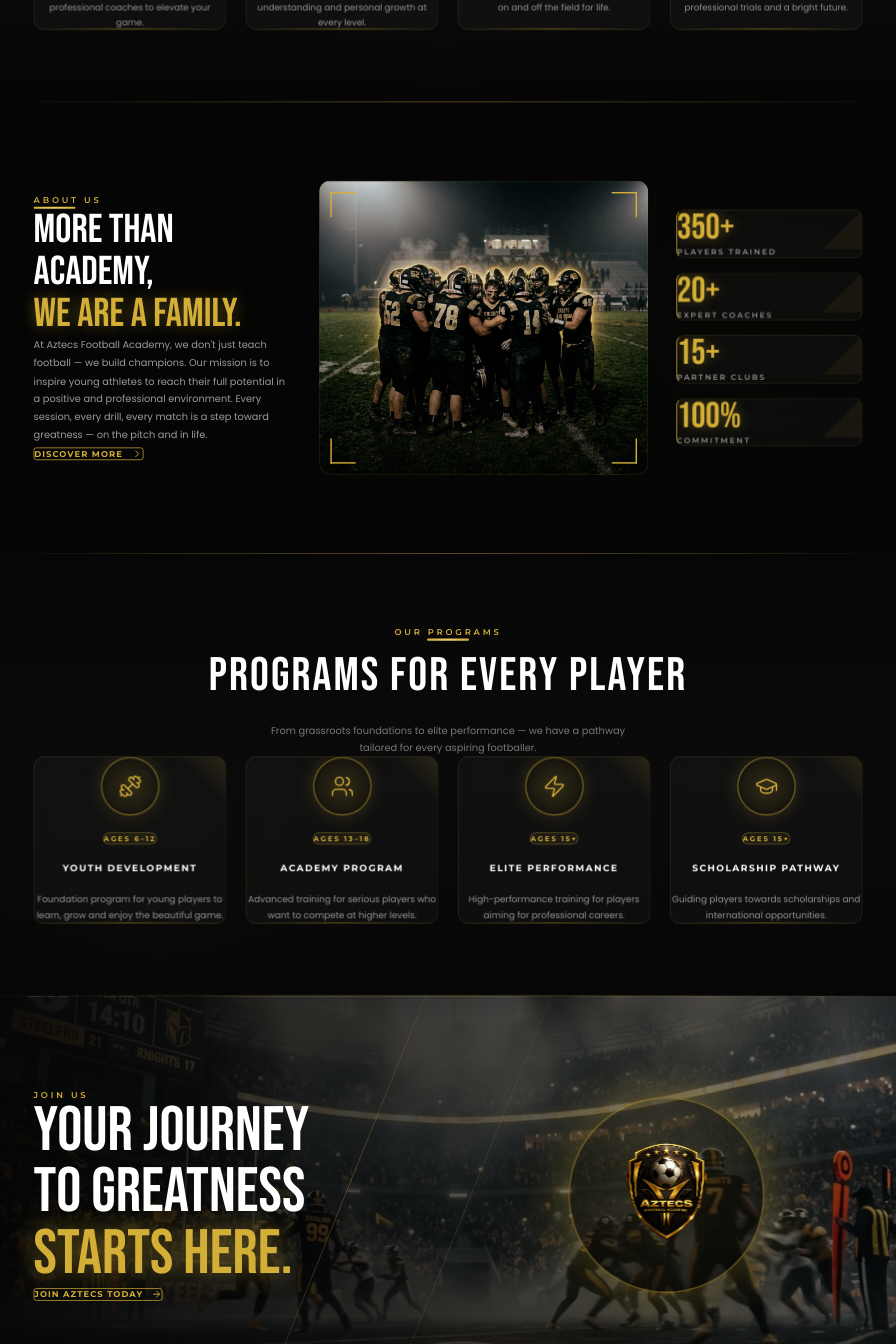
Repository: rahilkk2/aztecs-football
Page: /
An editor plug-in stored every save of this project. The page is shown before and after the next save, followed by the edit.
The browser window is 1280 px wide. The pictures show the part of the page from y = 1075 to 2995 px (the page is 3725 px tall before and 3706 px after), at 70% of full size.
The project was rebuilt for these pictures with package versions that can differ from the ones it lists, and the page was loaded fresh each time. Also part of the build but not shown: vite.config.js.

Above is the page before, as saved 2026-05-20 00:30:14.

### index.html
<!doctype html>
<html lang="en">
  <head>
    <meta charset="UTF-8" />
    <link rel="icon" type="image/png" href="/logo.png" />
    <meta name="viewport" content="width=device-width, initial-scale=1.0" />
    <link rel="preconnect" href="https://fonts.googleapis.com" />
    <link rel="preconnect" href="https://fonts.gstatic.com" crossorigin />
    <link href="https://fonts.googleapis.com/css2?family=Bebas+Neue&family=Montserrat:ital,wght@0,300;0,400;0,500;0,600;0,700;0,800;0,900;1,400&family=Poppins:wght@300;400;500;600;700;800&display=swap" rel="stylesheet" />
    <meta name="description" content="Aztecs Football Academy — Building champions on and off the pitch. Elite training, player development, and a clear pathway to success for young football players." />
    <meta name="keywords" content="football academy, Aztecs, elite training, youth football, soccer academy, player development, scholarship pathway" />
    <meta property="og:title" content="Aztecs Football Academy — Building Champions" />
    <meta property="og:description" content="Elite football training with discipline, values and a pathway to success. Join Aztecs Football Academy today." />
    <meta property="og:type" content="website" />
    <meta name="theme-color" content="#d4af37" />
    <title>Aztecs Football Academy — Building Champions On & Off The Pitch</title>
  </head>
  <body>
    <div id="root"></div>
    <script type="module" src="/src/main.jsx"></script>
  </body>
</html>

### src/App.jsx
import Navbar from './components/Navbar';
import Hero from './components/Hero';
import Features from './components/Features';
import About from './components/About';
import Programs from './components/Programs';
import CallToAction from './components/CallToAction';
import Footer from './components/Footer';

// Reusable gold gradient divider between sections
const GoldDivider = () => (
  <div className="section-gold-divider" />
);

function App() {
  return (
    <div style={{ background: '#050505', minHeight: '100vh' }}>
      <Navbar />
      <Hero />
      <GoldDivider />
      <Features />
      <GoldDivider />
      <About />
      <GoldDivider />
      <Programs />
      <GoldDivider />
      <CallToAction />
      <Footer />
    </div>
  );
}

export default App;

### src/components/Navbar.jsx
import { useState, useEffect } from 'react';
import { Menu, X } from 'lucide-react';

const navLinks = ['Home', 'About', 'Programs', 'Academy', 'Gallery', 'Contact'];

export default function Navbar() {
  const [scrolled, setScrolled] = useState(false);
  const [menuOpen, setMenuOpen] = useState(false);

  useEffect(() => {
    const onScroll = () => setScrolled(window.scrollY > 60);
    window.addEventListener('scroll', onScroll);
    return () => window.removeEventListener('scroll', onScroll);
  }, []);

  const handleNavClick = (link) => {
    setMenuOpen(false);
    const target = document.getElementById(link.toLowerCase());
    if (target) target.scrollIntoView({ behavior: 'smooth' });
    else window.scrollTo({ top: 0, behavior: 'smooth' });
  };

  return (
    <nav
      className={`fixed top-0 left-0 right-0 z-50 transition-all duration-500 ${
        scrolled
          ? 'bg-black/96 backdrop-blur-lg border-b border-yellow-600/20 py-3 shadow-2xl'
          : 'bg-transparent backdrop-blur-sm py-5'
      }`}
    >
      <div className="page-container flex items-center justify-between">

        {/* ── Logo ── */}
        <div
          className="flex items-center gap-2 sm:gap-3 cursor-pointer shrink-0"
          onClick={() => window.scrollTo({ top: 0, behavior: 'smooth' })}
        >
          {/* Logo image – object-contain so the full shield shows */}
          <div
            className="w-9 sm:w-11 h-9 sm:h-11 rounded-full overflow-hidden border-2 border-yellow-500/60 flex items-center justify-center shrink-0"
            style={{ boxShadow: '0 0 14px rgba(212,175,55,0.3)', background: '#0a0a0a' }}
          >
            <img
              src="/logo.png"
              alt="Aztecs Logo"
              className="w-full h-full object-contain"
            />
          </div>
          <div className="leading-none hidden sm:block">
            <div
              className="text-white text-lg sm:text-xl tracking-[2px] sm:tracking-[3px] font-black"
              style={{ fontFamily: "'Bebas Neue', cursive" }}
            >
              AZTECS
            </div>
            <div className="text-yellow-500 text-[8px] sm:text-[9px] font-bold tracking-[2px] sm:tracking-[3px] uppercase mt-0.5">
              Football Academy
            </div>
          </div>
        </div>

        {/* ── Desktop Nav Links ── */}
        <ul className="hidden lg:flex items-center gap-9">
          {navLinks.map((link) => (
            <li key={link}>
              <button
                onClick={() => handleNavClick(link)}
                className="text-white/75 hover:text-yellow-400 text-[11px] font-semibold tracking-[2.5px] uppercase transition-all duration-300 relative group"
              >
                {link}
                <span className="absolute -bottom-1 left-0 w-0 h-[1.5px] bg-yellow-500 transition-all duration-300 group-hover:w-full" />
              </button>
            </li>
          ))}
        </ul>

        {/* ── CTA + Hamburger ── */}
        <div className="flex items-center gap-3 sm:gap-4 shrink-0">
          <button
            onClick={() => handleNavClick('Contact')}
            className="btn-gold hidden sm:block px-4 sm:px-6 py-2 sm:py-2.5 text-[9px] sm:text-[11px] rounded-sm tracking-widest"
          >
            JOIN NOW
          </button>
          <button
            className="lg:hidden text-white hover:text-yellow-400 transition-colors p-2"
            onClick={() => setMenuOpen(!menuOpen)}
            aria-label="Toggle menu"
          >
            {menuOpen ? <X size={24} /> : <Menu size={24} />}
          </button>
        </div>
      </div>

      {/* ── Mobile Menu ── */}
      <div
        className={`lg:hidden transition-all duration-500 overflow-hidden ${
          menuOpen ? 'max-h-[500px] opacity-100' : 'max-h-0 opacity-0'
        }`}
      >
        <div className="bg-black/98 border-t border-yellow-600/20 px-4 sm:px-6 py-5 flex flex-col gap-4">
          {navLinks.map((link) => (
            <button
              key={link}
              onClick={() => handleNavClick(link)}
              className="text-white/70 hover:text-yellow-400 text-sm font-semibold tracking-[2px] uppercase text-left transition-colors py-2 border-b border-white/5 pb-3"
            >
              {link}
            </button>
          ))}
          <button
            onClick={() => handleNavClick('Contact')}
            className="btn-gold px-4 py-3 text-xs rounded-sm mt-2 w-full sm:w-fit tracking-widest"
          >
            JOIN NOW
          </button>
        </div>
      </div>
    </nav>
  );
}

### src/components/Features.jsx
import { useRef } from 'react';
import { motion, useInView } from 'framer-motion';
import { Trophy, User, Shield, Star } from 'lucide-react';

const features = [
  {
    icon: Trophy,
    title: 'Elite Training',
    desc: 'World-class training programs designed by professional coaches to elevate your game.',
  },
  {
    icon: User,
    title: 'Player Development',
    desc: 'We focus on technical skills, tactical understanding and personal growth at every level.',
  },
  {
    icon: Shield,
    title: 'Discipline & Values',
    desc: 'Building character, leadership and respect on and off the field for life.',
  },
  {
    icon: Star,
    title: 'Pathway to Success',
    desc: 'Preparing players for scholarships, professional trials and a bright future.',
  },
];

export default function Features() {
  const ref = useRef(null);
  const isInView = useInView(ref, { once: true, margin: '-80px' });

  return (
    <section
      ref={ref}
      id="features"
      className="relative overflow-hidden"
      style={{
        background: 'linear-gradient(to bottom, #050505, #0c0c0c, #050505)',
        paddingTop: 'clamp(3rem, 8vw, 6rem)',
        paddingBottom: 'clamp(3rem, 8vw, 7rem)',
      }}
    >
      {/* Gold accent lines */}
      <div
        className="absolute top-0 left-0 right-0 h-px"
        style={{ background: 'linear-gradient(to right, transparent, rgba(212,175,55,0.6), transparent)' }}
      />
      <div
        className="absolute bottom-0 left-0 right-0 h-px"
        style={{ background: 'linear-gradient(to right, transparent, rgba(212,175,55,0.4), transparent)' }}
      />

      {/* Spotlight */}
      <div className="absolute inset-0 pointer-events-none">
        <div
          className="spotlight absolute"
          style={{ width: '600px', height: '600px', top: '50%', left: '50%', transform: 'translate(-50%,-50%)', opacity: 0.07 }}
        />
      </div>

      <div className="page-container">
        {/* Section header */}
        <motion.div
          className="text-center mb-10 sm:mb-14 md:mb-16"
          initial={{ opacity: 0, y: 30 }}
          animate={isInView ? { opacity: 1, y: 0 } : {}}
          transition={{ duration: 0.7 }}
        >
          <div className="section-label mb-3 sm:mb-4">Why Choose Us</div>
          <div className="flex justify-center mb-4 sm:mb-5">
            <div className="gold-divider" />
          </div>
          <h2
            style={{
              fontFamily: "'Bebas Neue', cursive",
              fontSize: 'clamp(1.8rem, 6vw, 3.5rem)',
              letterSpacing: '3px',
              color: '#ffffff',
            }}
          >
            WHAT MAKES US DIFFERENT
          </h2>
        </motion.div>

        {/* Cards */}
        <div className="grid grid-cols-1 sm:grid-cols-2 lg:grid-cols-4 gap-4 sm:gap-5 lg:gap-7">
          {features.map(({ icon: Icon, title, desc }, i) => (
            <motion.div
              key={title}
              className="premium-card glass-card rounded-2xl p-6 sm:p-7 md:p-9 text-center flex flex-col items-center gap-4 sm:gap-5 relative overflow-hidden"
              initial={{ opacity: 0, y: 50 }}
              animate={isInView ? { opacity: 1, y: 0 } : {}}
              transition={{ duration: 0.7, delay: i * 0.12, ease: 'easeOut' }}
            >
              {/* Corner accent */}
              <div
                className="absolute top-0 right-0 w-20 h-20 opacity-10"
                style={{ background: 'linear-gradient(225deg, #d4af37, transparent 60%)' }}
              />

              {/* Icon */}
              <div
                className="w-18 h-18 rounded-full flex items-center justify-center"
                style={{
                  width: '72px',
                  height: '72px',
                  background: 'radial-gradient(circle, rgba(212,175,55,0.16), rgba(212,175,55,0.03))',
                  border: '1.5px solid rgba(212,175,55,0.42)',
                  boxShadow: '0 0 22px rgba(212,175,55,0.14)',
                }}
              >
                <Icon size={30} style={{ color: '#d4af37' }} strokeWidth={1.4} />
              </div>

              <h3
                className="font-bold text-white uppercase"
                style={{ letterSpacing: '2px', fontSize: '0.8rem' }}
              >
                {title}
              </h3>
              <p
                className="text-white/55 leading-relaxed"
                style={{ fontFamily: "'Poppins', sans-serif", fontSize: '0.78rem', lineHeight: '1.7' }}
              >
                {desc}
              </p>

              {/* Bottom gold accent bar */}
              <div
                className="absolute bottom-0 left-0 right-0 h-[2px]"
                style={{ background: 'linear-gradient(to right, transparent, rgba(212,175,55,0.35), transparent)' }}
              />
            </motion.div>
          ))}
        </div>
      </div>
    </section>
  );
}

### src/components/About.jsx
import { useRef, useEffect, useState } from 'react';
import { motion, useInView } from 'framer-motion';
import { ChevronRight } from 'lucide-react';

const stats = [
  { value: 350, suffix: '+', label: 'Players Trained' },
  { value: 20,  suffix: '+', label: 'Expert Coaches'  },
  { value: 15,  suffix: '+', label: 'Partner Clubs'   },
  { value: 100, suffix: '%', label: 'Commitment'      },
];

function CountUp({ target, suffix, started }) {
  const [count, setCount] = useState(0);

  useEffect(() => {
    if (!started) return;
    let current = 0;
    const totalFrames = Math.round(2000 / 16);
    const increment = Math.ceil(target / totalFrames);
    const timer = setInterval(() => {
      current = Math.min(current + increment, target);
      setCount(current);
      if (current >= target) clearInterval(timer);
    }, 16);
    return () => clearInterval(timer);
  }, [started, target]);

  return <span>{count}{suffix}</span>;
}

export default function About() {
  const ref    = useRef(null);
  const imgRef = useRef(null);
  const isInView    = useInView(ref,    { once: true, margin: '-100px' });
  const isImgInView = useInView(imgRef, { once: true, margin: '-80px'  });

  return (
    <section
      id="about"
      ref={ref}
      className="relative overflow-hidden"
      style={{ background: '#050505', paddingTop: '7rem', paddingBottom: '7rem' }}
    >
      {/* BG spotlight */}
      <div className="absolute inset-0 pointer-events-none">
        <div
          className="spotlight absolute"
          style={{ width: '800px', height: '800px', top: '-100px', right: '-150px', opacity: 0.06 }}
        />
      </div>

      <div className="page-container">
        <div className="grid grid-cols-1 lg:grid-cols-12 gap-8 sm:gap-10 md:gap-14 lg:gap-10 items-center">

          {/* ── LEFT — Text ── */}
          <motion.div
            className="lg:col-span-4"
            initial={{ opacity: 0, x: -55 }}
            animate={isInView ? { opacity: 1, x: 0 } : {}}
            transition={{ duration: 0.9, ease: 'easeOut' }}
          >
            <div className="section-label mb-2 sm:mb-3">About Us</div>
            <div className="gold-divider mb-5 sm:mb-7" />

            <h2
              className="leading-tight mb-6 sm:mb-7"
              style={{
                fontFamily: "'Bebas Neue', cursive",
                fontSize: 'clamp(1.8rem, 5vw, 3.6rem)',
                lineHeight: 1.05,
                color: '#fff',
              }}
            >
              MORE THAN ACADEMY,{' '}
              <span
                className="block"
                style={{ color: '#d4af37', textShadow: '0 0 22px rgba(212,175,55,0.4)' }}
              >
                WE ARE A FAMILY.
              </span>
            </h2>

            <p
              className="text-white/60 mb-7 sm:mb-10 leading-loose"
              style={{
                fontFamily: "'Poppins', sans-serif",
                fontSize: 'clamp(0.8rem, 2vw, 0.875rem)',
                lineHeight: '1.85',
                maxWidth: '380px',
              }}
            >
              At Aztecs Football Academy, we don't just teach football — we build champions.
              Our mission is to inspire young athletes to reach their full potential in a positive
              and professional environment. Every session, every drill, every match is a step
              toward greatness — on the pitch and in life.
            </p>

            <motion.button
              className="btn-gold inline-flex items-center gap-3 px-9 py-4 text-xs rounded-sm group"
              whileHover={{ scale: 1.02 }}
              whileTap={{ scale: 0.98 }}
              onClick={() => document.getElementById('programs')?.scrollIntoView({ behavior: 'smooth' })}
            >
              DISCOVER MORE
              <ChevronRight
                size={16}
                className="transition-transform duration-300 group-hover:translate-x-1.5"
              />
            </motion.button>
          </motion.div>

          {/* ── CENTER — Team Photo ── */}
          <motion.div
            ref={imgRef}
            className="lg:col-span-5 relative img-zoom-wrap rounded-2xl overflow-hidden"
            initial={{ opacity: 0, scale: 0.92 }}
            animate={isImgInView ? { opacity: 1, scale: 1 } : {}}
            transition={{ duration: 1, ease: 'easeOut' }}
          >
            {/* Overlay */}
            <div
              className="absolute inset-0 z-10 rounded-2xl"
              style={{
                background: 'linear-gradient(to top, rgba(5,5,5,0.55), transparent 55%)',
                border: '1px solid rgba(212,175,55,0.18)',
                boxShadow: '0 0 50px rgba(212,175,55,0.07), 0 25px 70px rgba(0,0,0,0.65)',
              }}
            />
            <img
              src="/team_huddle.png"
              alt="Aztecs Football Team"
              className="w-full object-cover"
              style={{
                height: '420px',
                filter: 'contrast(1.08) brightness(0.88) saturate(0.8)',
              }}
            />
            {/* Gold corner brackets */}
            <div className="absolute top-4 left-4 w-9 h-9 border-t-2 border-l-2 z-20" style={{ borderColor: '#d4af37' }} />
            <div className="absolute top-4 right-4 w-9 h-9 border-t-2 border-r-2 z-20" style={{ borderColor: '#d4af37' }} />
            <div className="absolute bottom-4 left-4 w-9 h-9 border-b-2 border-l-2 z-20" style={{ borderColor: '#d4af37' }} />
            <div className="absolute bottom-4 right-4 w-9 h-9 border-b-2 border-r-2 z-20" style={{ borderColor: '#d4af37' }} />
          </motion.div>

          {/* ── RIGHT — Stats ── */}
          <motion.div
            className="lg:col-span-3 flex flex-col gap-5"
            initial={{ opacity: 0, x: 55 }}
            animate={isInView ? { opacity: 1, x: 0 } : {}}
            transition={{ duration: 0.9, ease: 'easeOut', delay: 0.18 }}
          >
            {stats.map(({ value, suffix, label }, i) => (
              <motion.div
                key={label}
                className="glass-card rounded-xl px-7 py-6 border-l-2 relative overflow-hidden"
                style={{ borderLeftColor: '#d4af37' }}
                initial={{ opacity: 0, y: 28 }}
                animate={isInView ? { opacity: 1, y: 0 } : {}}
                transition={{ delay: 0.28 + i * 0.1 }}
              >
                <div
                  style={{
                    fontFamily: "'Bebas Neue', cursive",
                    fontSize: '3.2rem',
                    color: '#d4af37',
                    lineHeight: 1,
                    textShadow: '0 0 18px rgba(212,175,55,0.4)',
                  }}
                >
                  <CountUp target={value} suffix={suffix} started={isInView} />
                </div>
                <div
                  className="text-white/55 uppercase font-semibold mt-2"
                  style={{ fontSize: '0.68rem', letterSpacing: '2.5px' }}
                >
                  {label}
                </div>
                {/* Decorative corner */}
                <div
                  className="absolute top-0 right-0 w-14 h-14 opacity-6"
                  style={{ background: 'linear-gradient(135deg, transparent 50%, #d4af37 50%)', opacity: 0.06 }}
                />
              </motion.div>
            ))}
          </motion.div>

        </div>
      </div>
    </section>
  );
}

Loaded but not shown: src/main.jsx (common file); src/components/Footer.jsx (271 lines, source omitted); src/components/Hero.jsx (270 lines, source omitted); src/index.css (299 lines, source omitted); src/components/Programs.jsx (217 lines, source omitted); src/components/CallToAction.jsx (144 lines, source omitted)

After the next save:
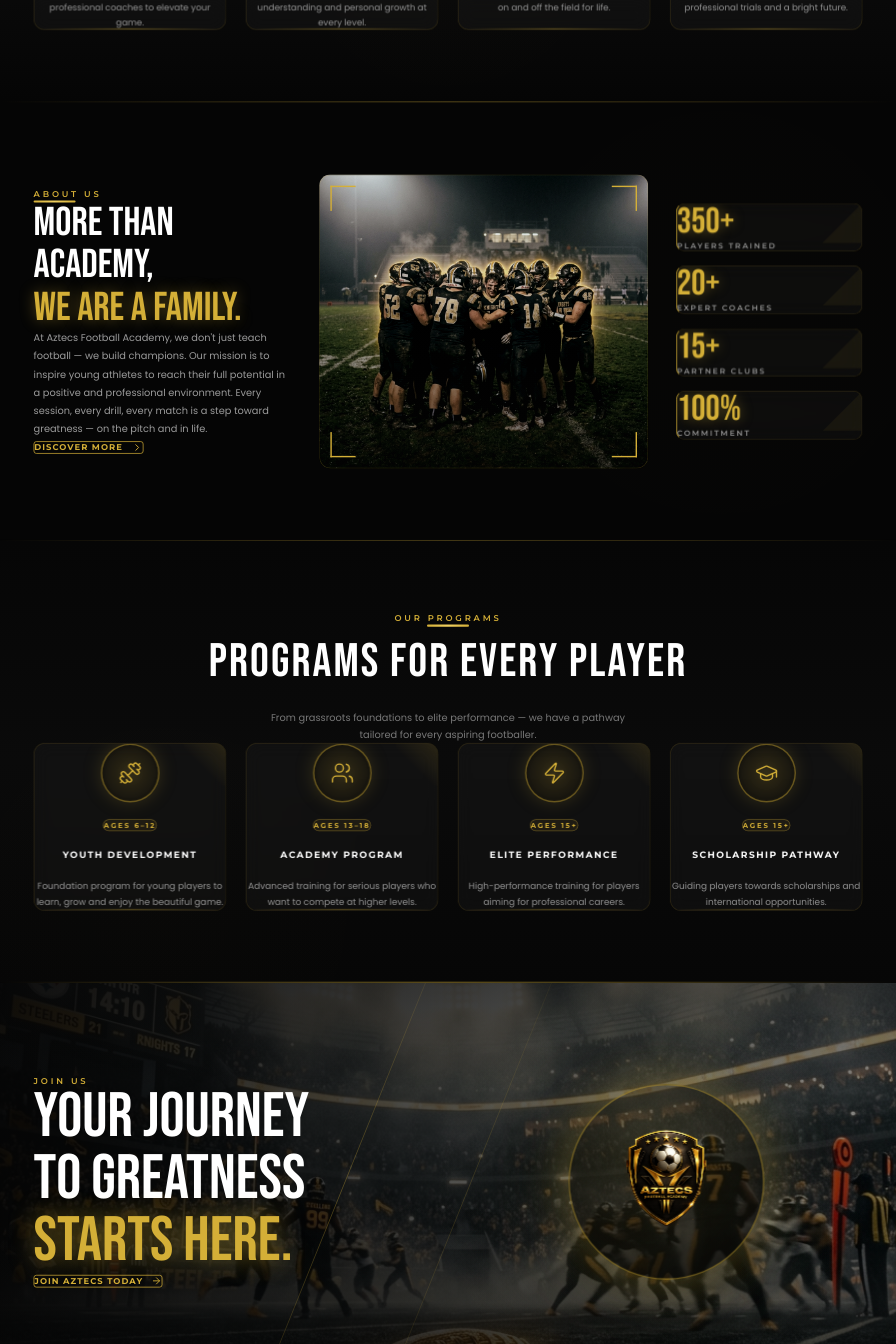
Saved 8 s later.
--- a/src/components/About.jsx
+++ b/src/components/About.jsx
@@ -39,7 +39,7 @@ export default function About() {
       id="about"
       ref={ref}
       className="relative overflow-hidden"
-      style={{ background: '#050505', paddingTop: '7rem', paddingBottom: '7rem' }}
+      style={{ background: '#050505', paddingTop: 'clamp(3rem, 8vw, 7rem)', paddingBottom: 'clamp(3rem, 8vw, 7rem)' }}
     >
       {/* BG spotlight */}
       <div className="absolute inset-0 pointer-events-none">
